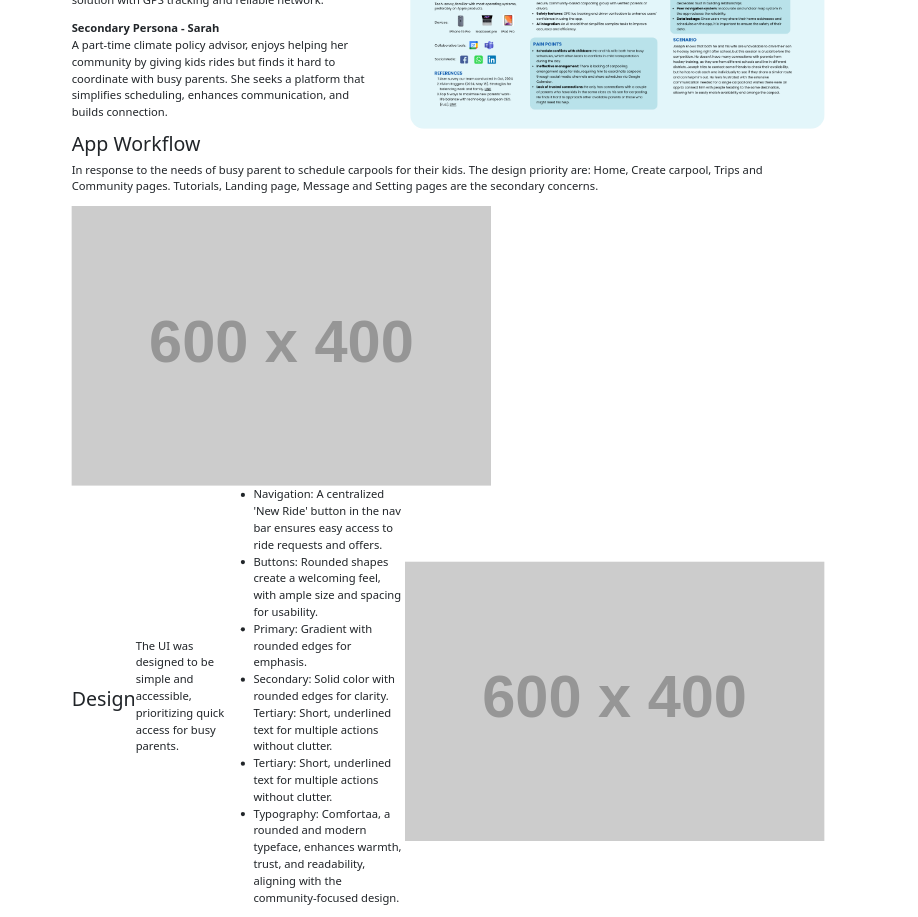
Repository: Vanessahyc/vanessa-portfolio
Page: /relay
An editor plug-in stored every save of this project. The page is shown before and after the next save, followed by the edit.
The browser window is 1280 px wide. The page is 1312 px wide, so the pictures cover 1312 px, including what lies to the right of the window. The pictures show the part of the page from y = 1260 to 3140 px (the page is 2570 px tall before and 3140 px after), at 70% of full size.
The project was rebuilt for these pictures with package versions that can differ from the ones it lists, and the page was loaded fresh each time. The framework's server and built-in components were replaced by stand-ins that run in the browser. Also part of the build but not shown: next.config.mjs.

Above is the page before, as saved 2025-02-09 16:56:33.

After the next save:
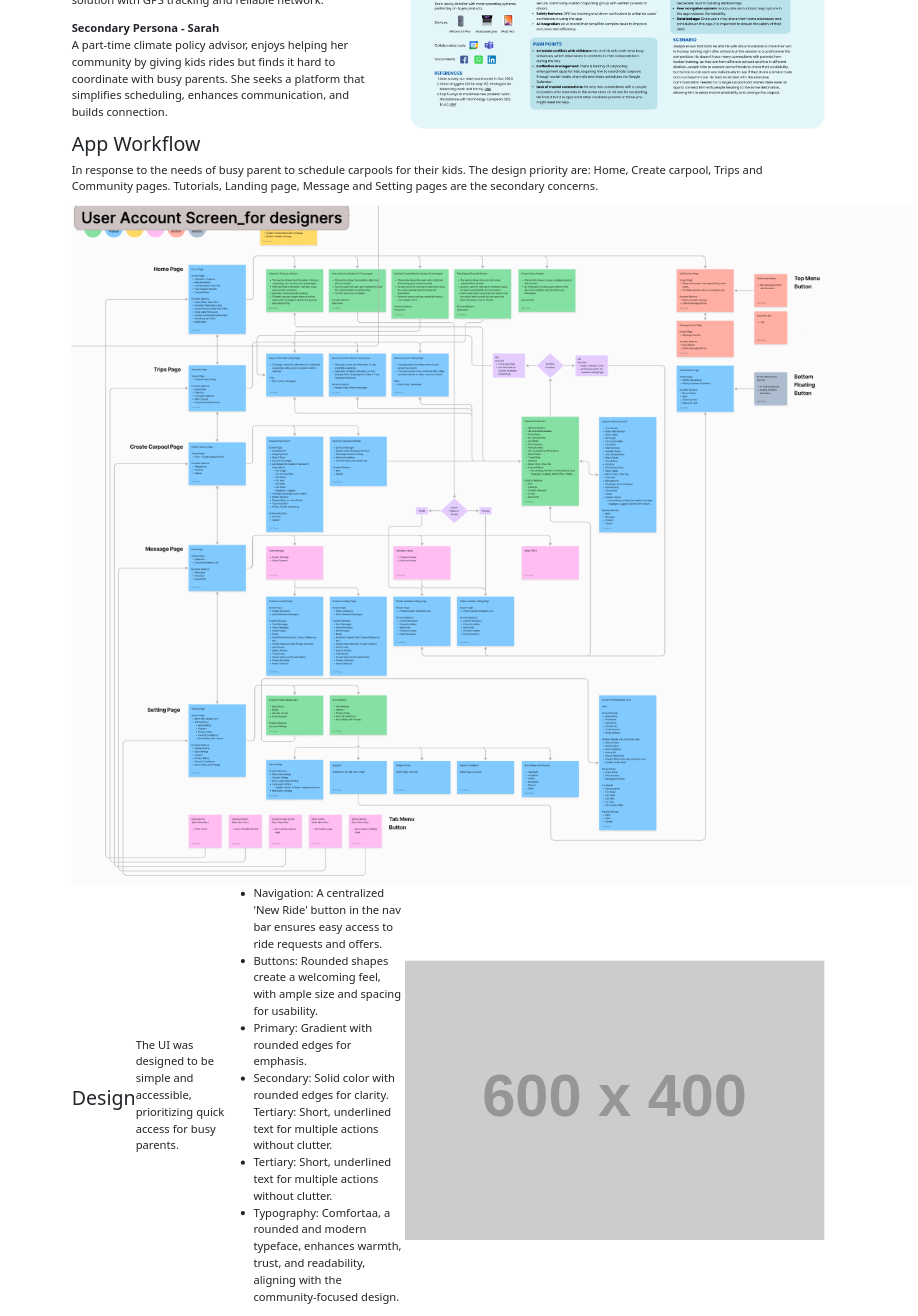
Saved 2 min 6 s later.
--- a/src/app/relay/page.js
+++ b/src/app/relay/page.js
@@ -99,7 +99,7 @@
                 In response to the needs of busy parent to schedule carpools for their kids. The design priority are: Home, Create carpool, Trips and Community pages. Tutorials, Landing page, Message and Setting pages are the secondary concerns.
                 </p>
             </div>
-            <img src="https://placehold.co/600x400" alt="placeholder image" />
+            <img src="/relay-images/temp_workflow.png" alt="placeholder image" />
           </div>
         </section>
         <section>
